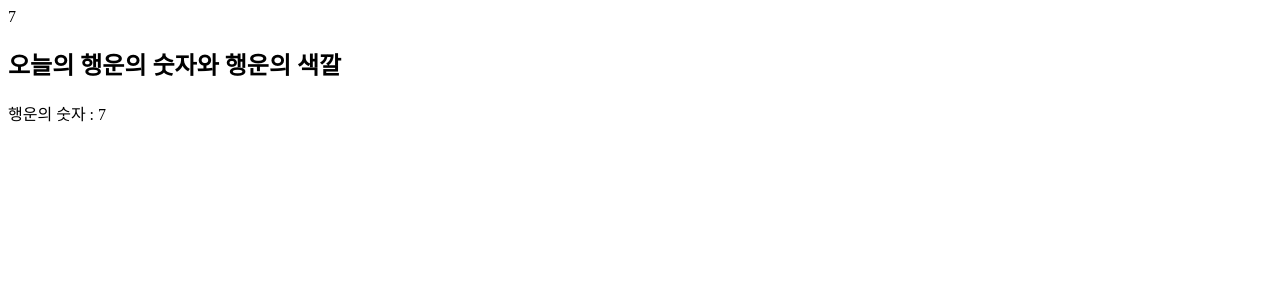
Repository: limbbbyoung/JSP_practice
Page: http://localhost/JSPbasic/jsptag/tag_quiz01.jsp
An editor plug-in stored every save of this project. The page is shown before and after the next save, followed by the edit.
The browser window is 1280 px wide. The pictures show the whole page.
The page is served by Tomcat 9.

Above is the page before, as saved 2022-03-23 08:45:32.

After the next save:
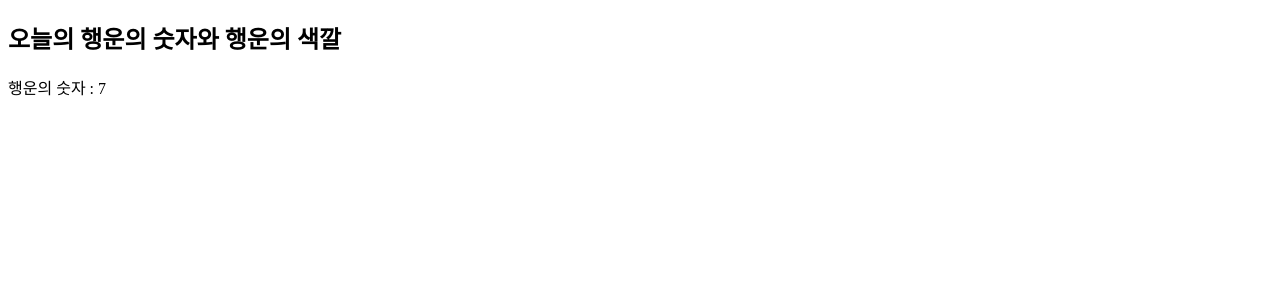
Saved 12 s later.
--- a/JSPbasic/src/main/webapp/jsptag/tag_quiz01.jsp
+++ b/JSPbasic/src/main/webapp/jsptag/tag_quiz01.jsp
@@ -14,9 +14,6 @@
 	  return (int)(Math.random() * 10);
 }
 %>
-<%
-     out.println(randomNumber());
-%>
 <h2>오늘의 행운의 숫자와 행운의 색깔</h2>
 행운의 숫자 : <%= randomNumber() %>
 
